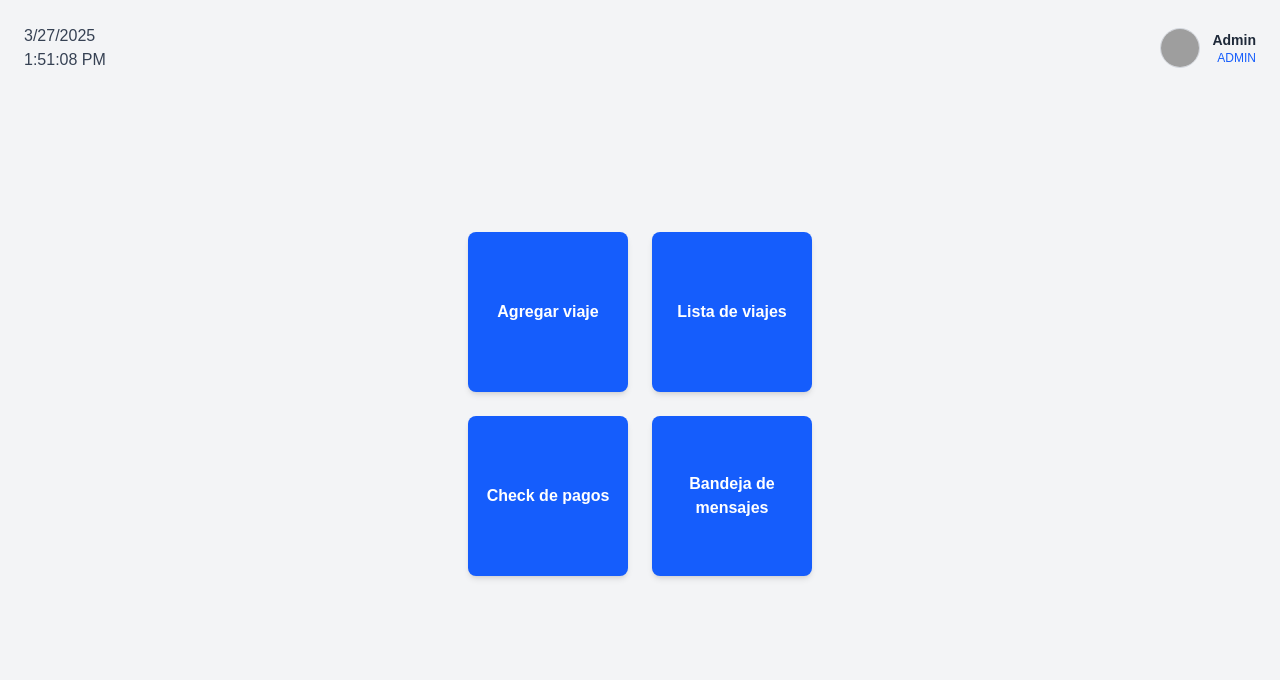
Repository: francoluca35/appcolectivos
Page: /homeadmin
An editor plug-in stored every save of this project. The page is shown before and after the next save, followed by the edit.
The browser window is 1280 px wide. The pictures show the whole page.
Pictures or frames that could not be fetched are drawn as grey boxes. The project was rebuilt for these pictures with package versions that can differ from the ones it lists, and the page was loaded fresh each time. The framework's server and built-in components were replaced by stand-ins that run in the browser. Also part of the build but not shown: next.config.mjs.

Above is the page before, as saved 2025-03-27 20:47:30.

### src/app/homeadmin/page.js
"use client";

import React, { useEffect, useState } from "react";
import { useRouter } from "next/navigation";

export default function HomeAdmin() {
  const [fechaHora, setFechaHora] = useState(new Date());
  const router = useRouter();

  const usuario = JSON.parse(localStorage.getItem("adminUser")) || {
    username: "Admin",
    role: "admin",
  };

  useEffect(() => {
    const interval = setInterval(() => setFechaHora(new Date()), 1000);
    return () => clearInterval(interval);
  }, []);

  const botones = [
    { texto: "Agregar viaje", ruta: "/agregarviaje" },
    { texto: "Lista de viajes", ruta: "/listaviajes" },
    { texto: "Check de pagos", ruta: "/checkpagos" },
    { texto: "Bandeja de mensajes", ruta: "/mensajes" },
  ];

  return (
    <div className="min-h-screen bg-gray-100 p-6 flex flex-col">
      {/* Header */}
      <div className="flex justify-between items-center mb-10">
        {/* Fecha y hora */}
        <div className="text-gray-700 font-medium">
          <p>{fechaHora.toLocaleDateString()}</p>
          <p>{fechaHora.toLocaleTimeString()}</p>
        </div>

        {/* Usuario */}
        <div className="flex items-center gap-3">
          <img
            src="/avatar.png"
            alt="User Avatar"
            className="w-10 h-10 rounded-full border border-gray-300"
          />
          <div className="text-right">
            <p className="text-sm font-bold text-gray-800">{usuario.username}</p>
            <p className="text-xs text-blue-600 uppercase">{usuario.role}</p>
          </div>
        </div>
      </div>

      {/* Cuadrícula de botones */}
      <div className="flex-grow flex justify-center items-center">
        <div className="grid grid-cols-2 gap-6">
          {botones.map((btn, i) => (
            <button
              key={i}
              onClick={() => router.push(btn.ruta)}
              className="w-40 h-40 bg-blue-600 text-white font-semibold text-center rounded-lg shadow-md hover:bg-blue-700 transition"
            >
              {btn.texto}
            </button>
          ))}
        </div>
      </div>
    </div>
  );
}

### src/app/components/EstadisticasPanel.js
import React from "react";

export default function EstadisticasPanel({ stats }) {
  return (
    <div className="grid grid-cols-2 md:grid-cols-4 gap-4 mb-10">
      <div className="bg-white shadow-md rounded-lg p-4 text-center">
        <p className="text-sm text-gray-500">Viajes realizados</p>
        <p className="text-2xl font-bold text-blue-600">{stats.cantidadViajes}</p>
      </div>
      <div className="bg-white shadow-md rounded-lg p-4 text-center">
        <p className="text-sm text-gray-500">Pasajeros (acum.)</p>
        <p className="text-2xl font-bold text-green-600">{stats.cantidadPasajeros}</p>
      </div>
      <div className="bg-white shadow-md rounded-lg p-4 text-center">
        <p className="text-sm text-gray-500">Recaudación mensual</p>
        <p className="text-2xl font-bold text-yellow-600">${stats.recaudacionMensual}</p>
      </div>
      <div className="bg-white shadow-md rounded-lg p-4 text-center">
        <p className="text-sm text-gray-500">Recaudación anual</p>
        <p className="text-2xl font-bold text-purple-600">${stats.recaudacionAnual}</p>
      </div>
    </div>
  );
}

Loaded but not shown: src/app/layout.js (common file); src/app/globals.css (common file)

After the next save:
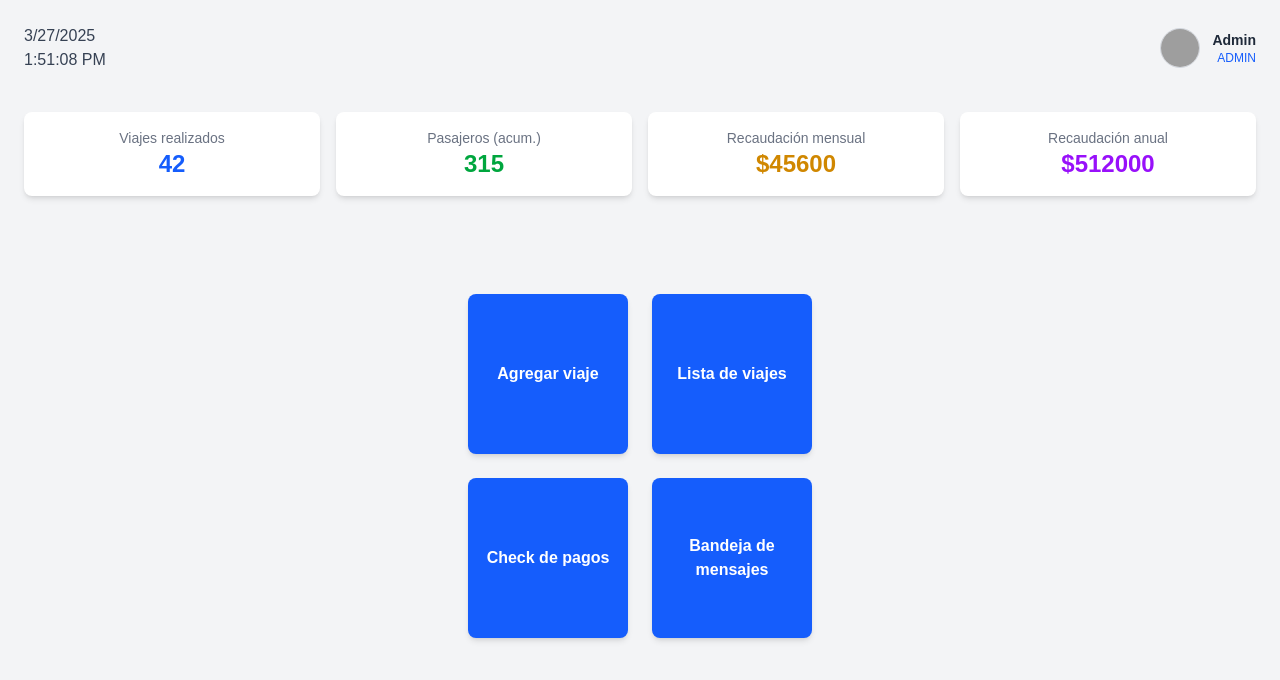
Saved 34 s later.
--- a/src/app/homeadmin/page.js
+++ b/src/app/homeadmin/page.js
@@ -2,6 +2,7 @@
 
 import React, { useEffect, useState } from "react";
 import { useRouter } from "next/navigation";
+import EstadisticasPanel from "../components/EstadisticasPanel";
 
 export default function HomeAdmin() {
   const [fechaHora, setFechaHora] = useState(new Date());
@@ -10,6 +11,12 @@ export default function HomeAdmin() {
   const usuario = JSON.parse(localStorage.getItem("adminUser")) || {
     username: "Admin",
     role: "admin",
+  };
+  const stats = {
+    cantidadViajes: 42,
+    cantidadPasajeros: 315,
+    recaudacionMensual: 45600,
+    recaudacionAnual: 512000,
   };
 
   useEffect(() => {
@@ -47,6 +54,7 @@ export default function HomeAdmin() {
           </div>
         </div>
       </div>
+      <EstadisticasPanel stats={stats} />
 
       {/* Cuadrícula de botones */}
       <div className="flex-grow flex justify-center items-center">
